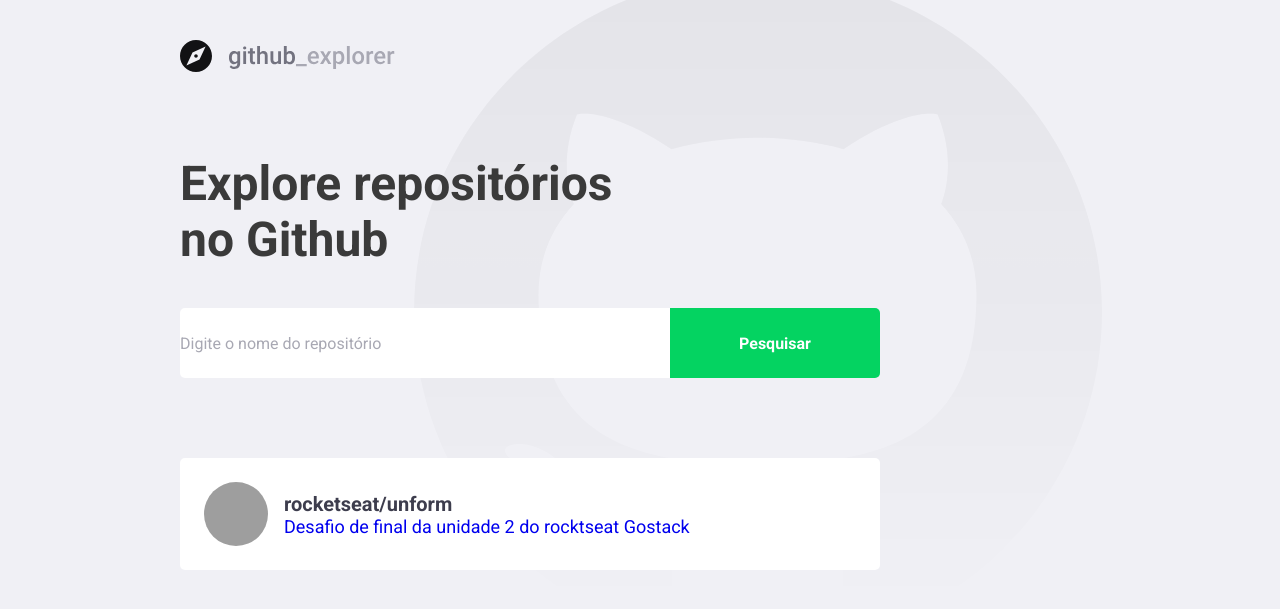
Repository: ramonmjr/projeto-repositorios-git-react
Page: /
The author's editor kept a copy of each file at every save. The page is drawn from the files as they stood at one save, then again after the next save.
The browser window is 1280 px wide. The pictures show the whole page.
Pictures or frames that could not be fetched are drawn as grey boxes. The project was rebuilt for these pictures with package versions that can differ from the ones it lists, and the page was loaded fresh each time. A package was used in the major version that the imports need, not the one package.json lists. Also part of the build but not shown: src/pages/Repository/index.tsx.

Above is the page before, as saved 2020-10-21 17:51:27.

After the next save:
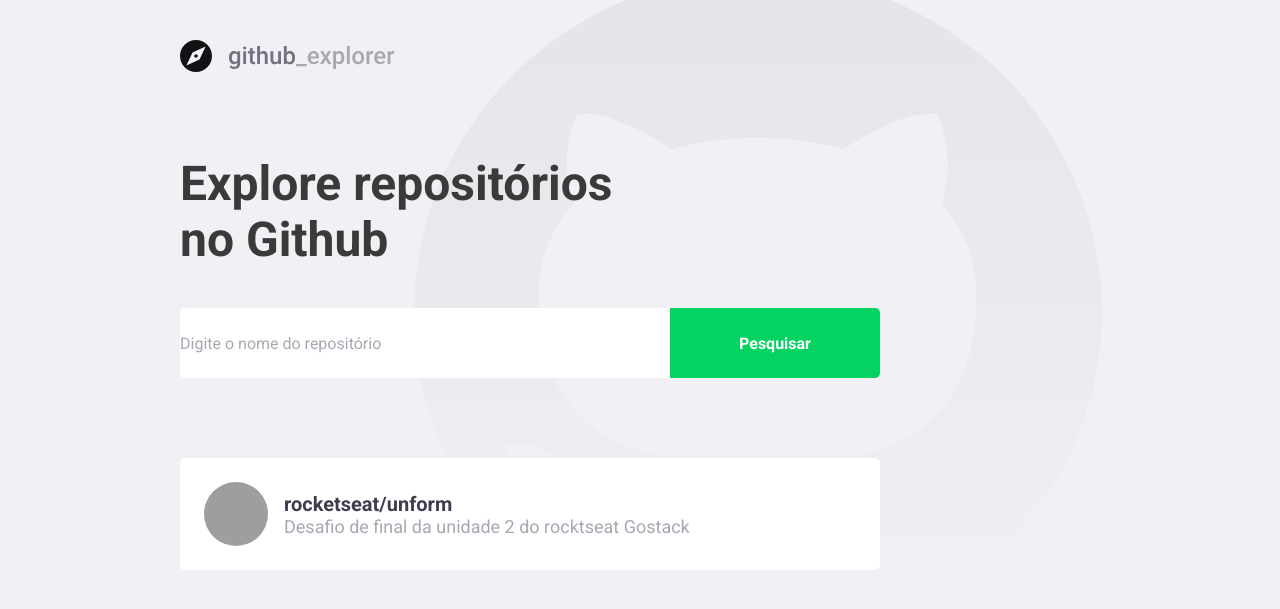
Saved 68 s later.
--- a/src/pages/Dashboard/styles.ts
+++ b/src/pages/Dashboard/styles.ts
@@ -73,6 +73,7 @@
 
     p {
       font-size: 18px;
+      color: #a8a8b3;
     }
   }
 `;
